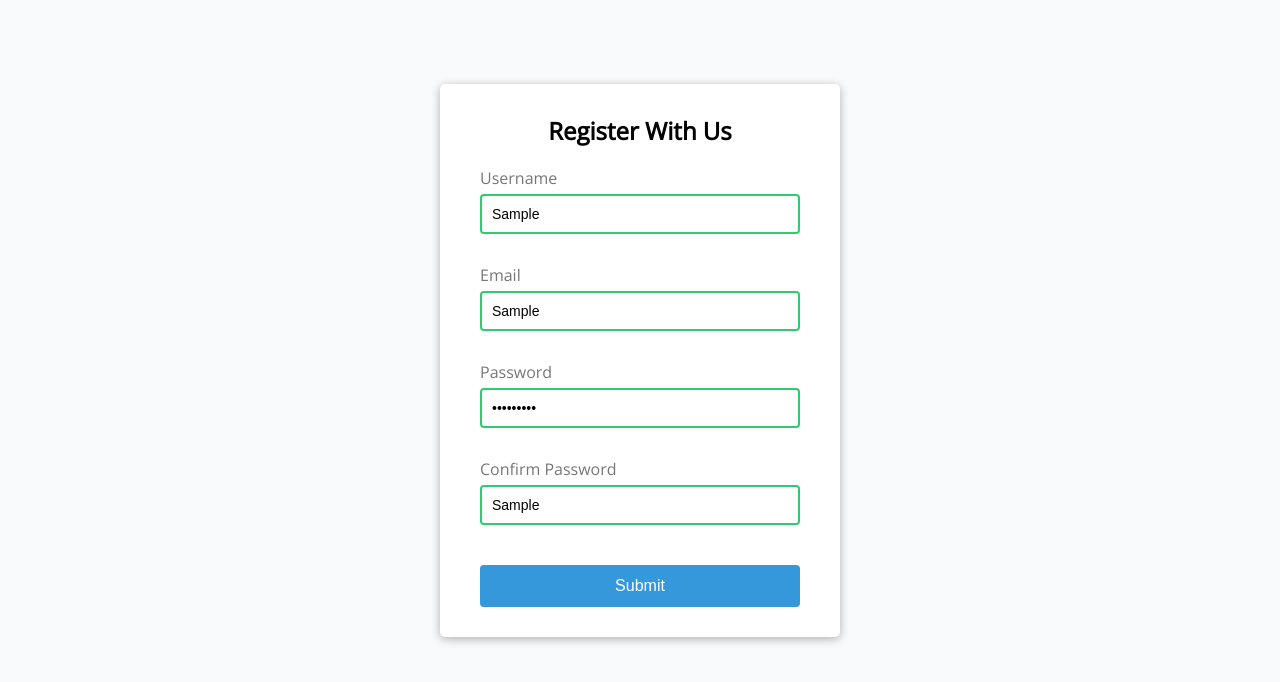
Repository: Youvelop/formValidator
Page: index.html
The author's editor kept a copy of each file at every save. The page is drawn from the files as they stood at one save, then again after the next save.
The browser window is 1280 px wide. The pictures show the whole page.
Empty fields were first filled with sample values (such as "Sample", 5 or name@example.com).
After loading, the first visible `#form` was submitted once.

Above is the page before, as saved 2020-06-25 19:44:53.

After the next save:
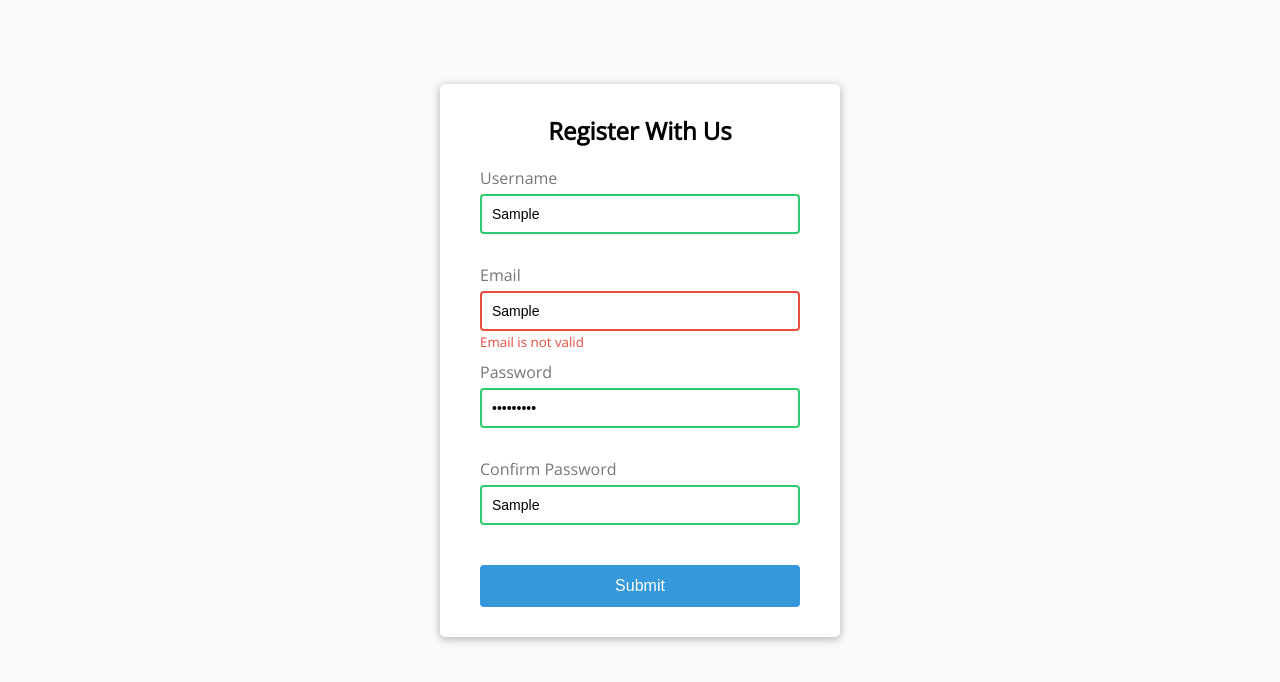
Saved 2 min 8 s later.
--- a/app.js
+++ b/app.js
@@ -68,4 +68,5 @@ form.addEventListener('submit', function (e) {
   checkRequired([username, email, password, password2]);
   checkLength(username, 3, 15);
   checkLength(password, 6, 25);
+  checkEmail(email);
 });
